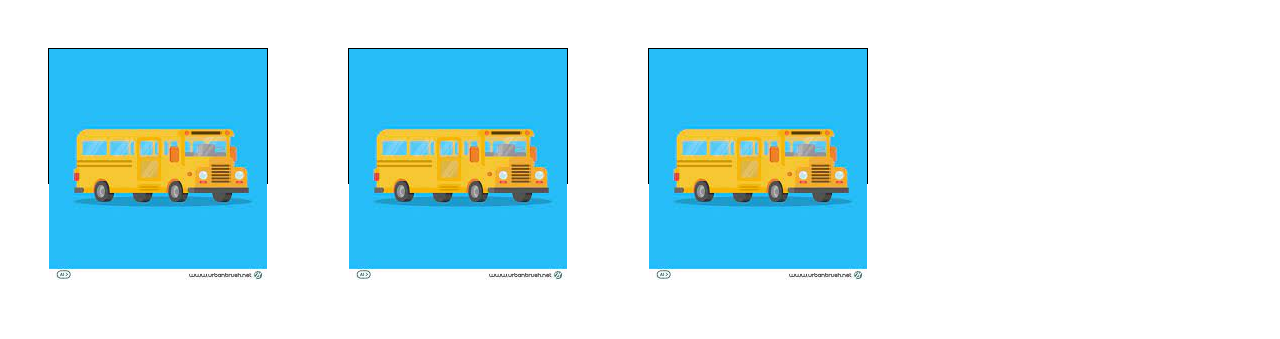
Repository: b1996om/HTML-CSS_study
Page: pro08/public/transform-translate.html
The author's editor kept a copy of each file at every save. The page is drawn from the files as they stood at one save, then again after the next save.
The browser window is 1280 px wide. The pictures show the whole page.
The pointer rests on the first visible `.movey`.

Above is the page before, as saved 2022-12-08 06:10:34.

### pro08/public/transform-translate.html
<!DOCTYPE html>
<html lang="ko">
<head>
	<meta charset="utf-8">
	<title>Transform</title>
	<style>
		.origin {
			widht:200px;
			height:134px;
			border:1px solid black;
			float:left;
			margin:40px;
		}
		.movex:hover {
			transform:translateX(50px);
		}
	</style>
</head>
<body>
	<div class="origin">
		<div class="movex">
			<img src="images/bus.jpg">
		</div>
	</div>
	<div class="origin">
		<div class="movey">
			<img src="images/bus.jpg">
		</div>
	</div>
	<div class="origin">
		<div class="movexy">
			<img src="images/bus.jpg">
		</div>
	</div>
</body>
</html>

After the next save:
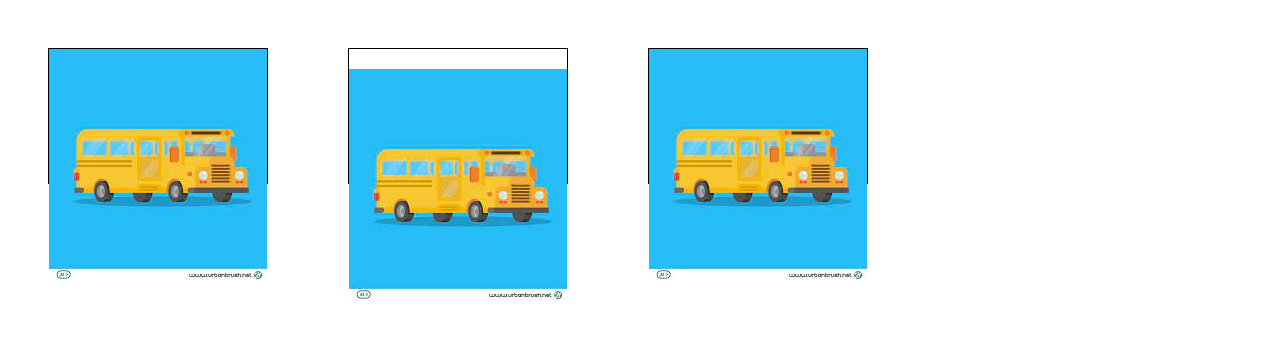
Saved 51 s later.
--- a/pro08/public/transform-translate.html
+++ b/pro08/public/transform-translate.html
@@ -13,6 +13,12 @@
 		}
 		.movex:hover {
 			transform:translateX(50px);
+		}
+		.movey:hover {
+			transform:translateY(20px);
+		}
+		.movexy:hover {
+			transform:translate(10px, 20px);
 		}
 	</style>
 </head>
